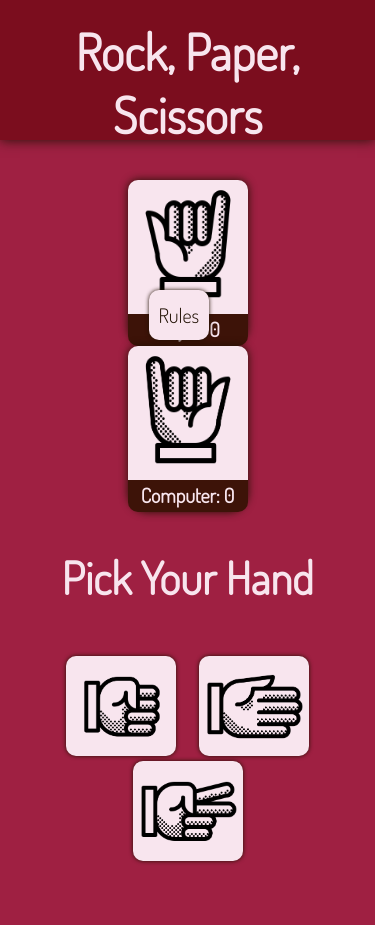
Repository: shayanabedi98/rock-paper-scissors
Page: index.html
An editor plug-in stored every save of this project. The page is shown before and after the next save, followed by the edit.
The browser window is 375 px wide. The pictures show the whole page.

Above is the page before, as saved 2023-07-21 13:25:08.

After the next save:
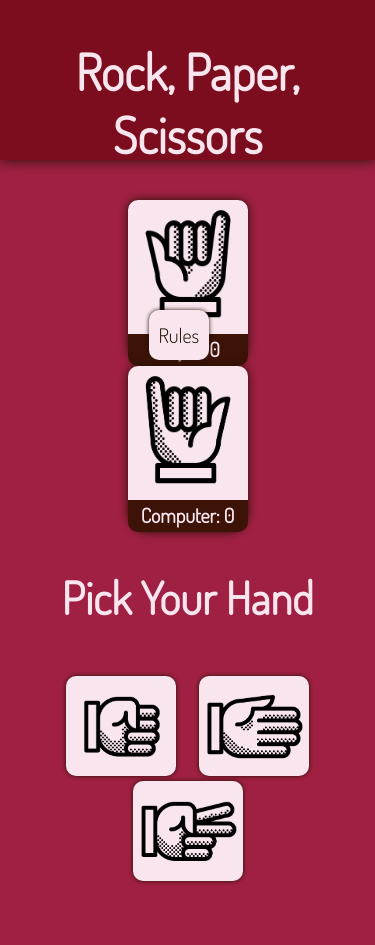
Saved 4 s later.
--- a/styles.css
+++ b/styles.css
@@ -217,7 +217,7 @@ h1 {
         text-align: center;
         background-color: #7B0D1E;
         height: 120px;
-        padding-top: 20px;
+        padding-top: 40px;
         box-shadow: 0 0 12px 0 #211103;
     }
 
